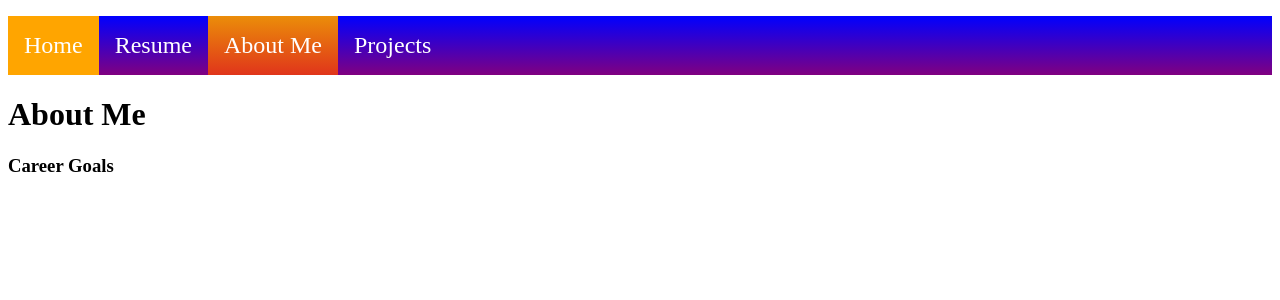
Repository: Peng-uin/Peng-uin.github.io
Page: aboutme.html
The author's editor kept a record of every edit. The page is drawn from the files as they stood at one moment, then again after the next edit.
The browser window is 1280 px wide. The pictures show the whole page.
The pointer rests on the first visible `.navbar li`.

Above is the page before.

### aboutme.html
<!DOCTYPE html>
<html>
    <head>
        <title>Page Title</title>
        <link rel="stylesheet" type="text/css" href="style.css">
    </head>
    <body>

        <ul class="navbar">
            <li><a href="index.html">Home</a></li>
            <li><a href="resume.html">Resume</a></li>
            <li class="active"><a href="aboutme.html">About Me</a></li>
            <li class="dropdown">
                <div>Projects</div>
                <ul class="dropdown-content">
                    <li><a href="project1.html">Project1</a></li>
                     <li><a href="project2.html">Project2</a></li>
                      <li><a href="project3.html">Project3</a></li>
                </ul>

            </li>
        </ul>
        <h1>About Me</h1>
        <font-size=12px;>
        <h3>Career Goals</h3>
        <p> </p>
    </body>
</html>

### style.css
.navbar{
                list-style: none;
                background-color: black;
                overflow: hidden;
                padding: 0;
                width: 100%;
            background-image:-webkit-linear-gradient(blue, purple);
            background-image:-moz-linear-gradient(blue, purple);
            background-image:-o-linear-gradient(blue, purple);
            background-image:linear-gradient(blue, purple);
            }
            .navbar a, .dropdown div{
                text-decoration: none;
                color: white;
                font-size:24px;
                padding: 16px;
                display: inline-block;
            }
            .navbar li{
                float: left;
            }
            .navbar li:hover{
                background-color: orange;
            }
            .dropdown-content{
                list-style: none;
                padding: 0;
                display: none;
                position: absolute;
                z-index: 1;
                background-color: black;
            }
            .dropdown-content li{
                float:none;
            }
            .dropdown:hover .dropdown-content{
                display: block;

            }
            .active{
                background-image:-webkit-linear-gradient(#eb8d09,#e0351b);
            background-image:-moz-linear-gradient(#eb8d09,#e0351b);
            background-image:-o-linear-gradient(#eb8d09,#e0351b));
            background-image:linear-gradient(#eb8d09,#e0351b);
            }

After the next edit:
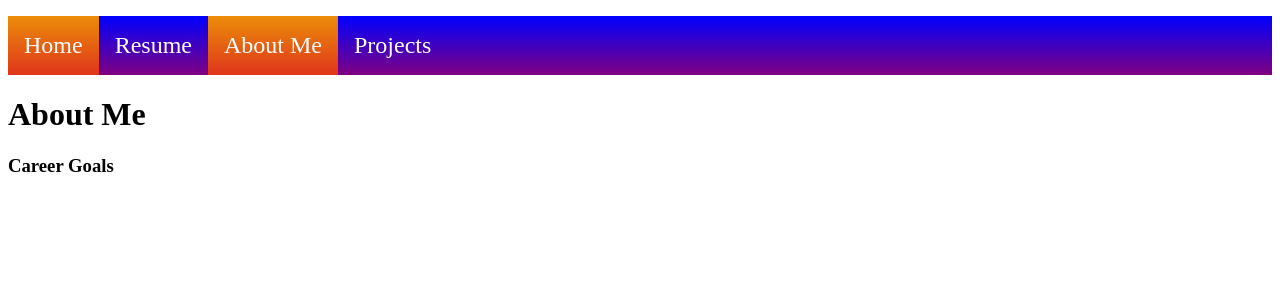
The edit:
--- a/style.css
+++ b/style.css
@@ -20,7 +20,10 @@
                 float: left;
             }
             .navbar li:hover{
-                background-color: orange;
+                  background-image:-webkit-linear-gradient(#eb8d09,#e0351b);
+            background-image:-moz-linear-gradient(#eb8d09,#e0351b);
+            background-image:-o-linear-gradient(#eb8d09,#e0351b));
+            background-image:linear-gradient(#eb8d09,#e0351b);
             }
             .dropdown-content{
                 list-style: none;
